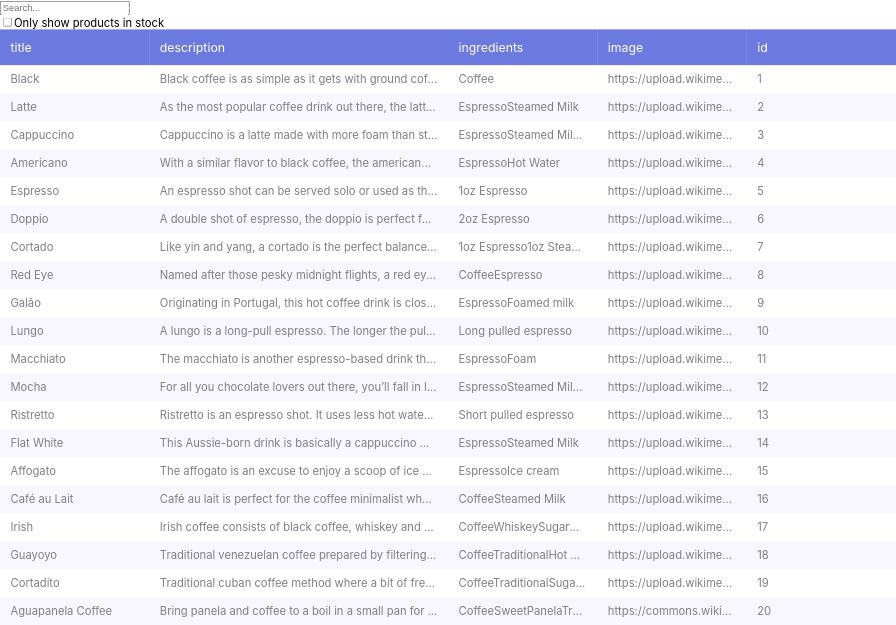
Repository: mariocapitbrok/reactjs-learn
Page: / (app in 05_filtered-data-table/)
The author's editor kept a copy of each file at every save. The page is drawn from the files as they stood at one save, then again after the next save.
The browser window is 1280 px wide. The pictures show the part of the page from y = 0 to 1920 px (the page is 893 px tall before and 2613 px after), at 70% of full size.
The project was rebuilt for these pictures with package versions that can differ from the ones it lists, and the page was loaded fresh each time.

Above is the page before, as saved 2023-02-26 02:45:12.

After the next save:
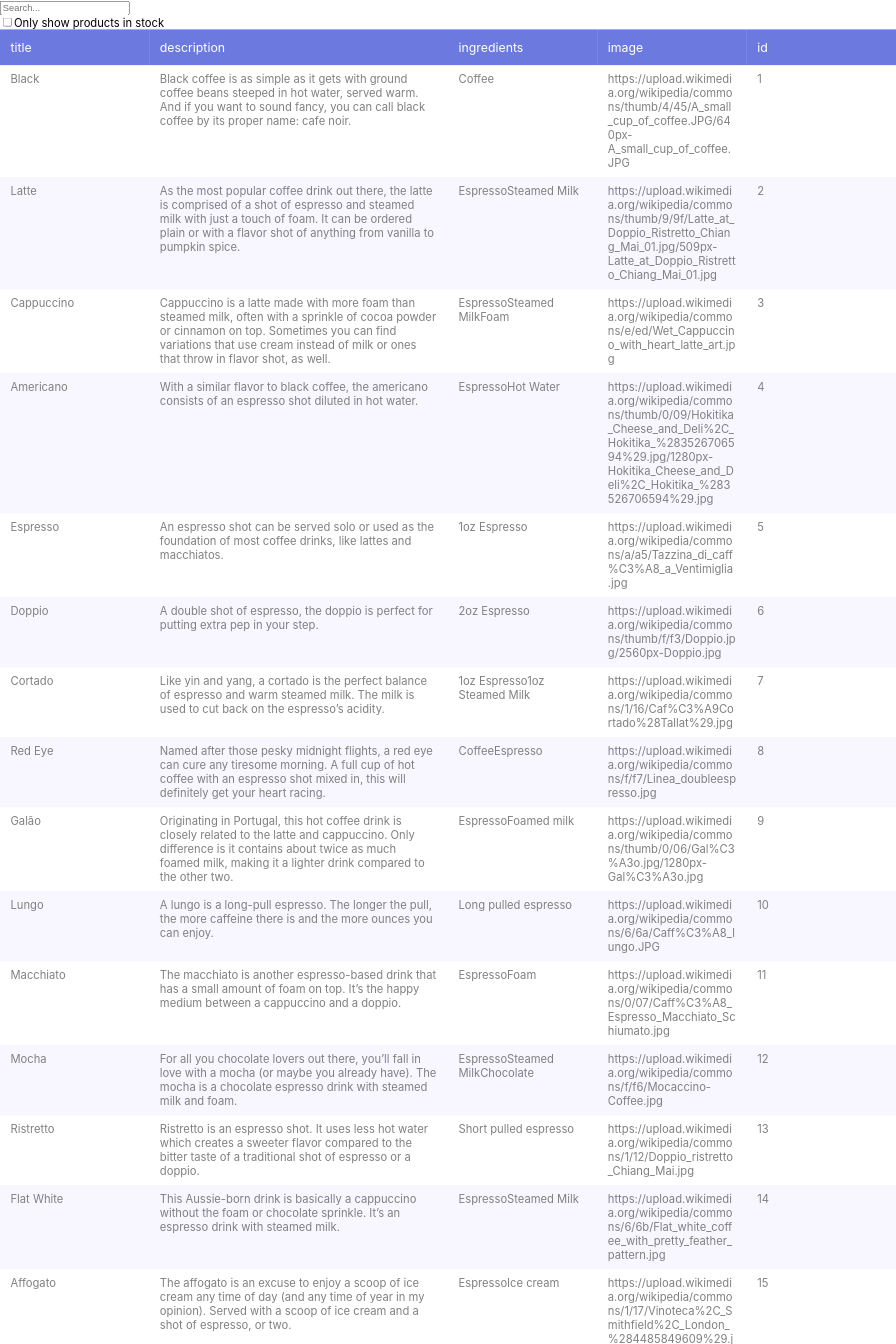
Saved 4 s later.
--- a/05_filtered-data-table/src/App.css
+++ b/05_filtered-data-table/src/App.css
@@ -71,7 +71,7 @@
   overflow-wrap: break-word;
   overflow: hidden;
   text-overflow: ellipsis;
-  white-space: nowrap;
+
 }
 
 th {

After the save that followed:
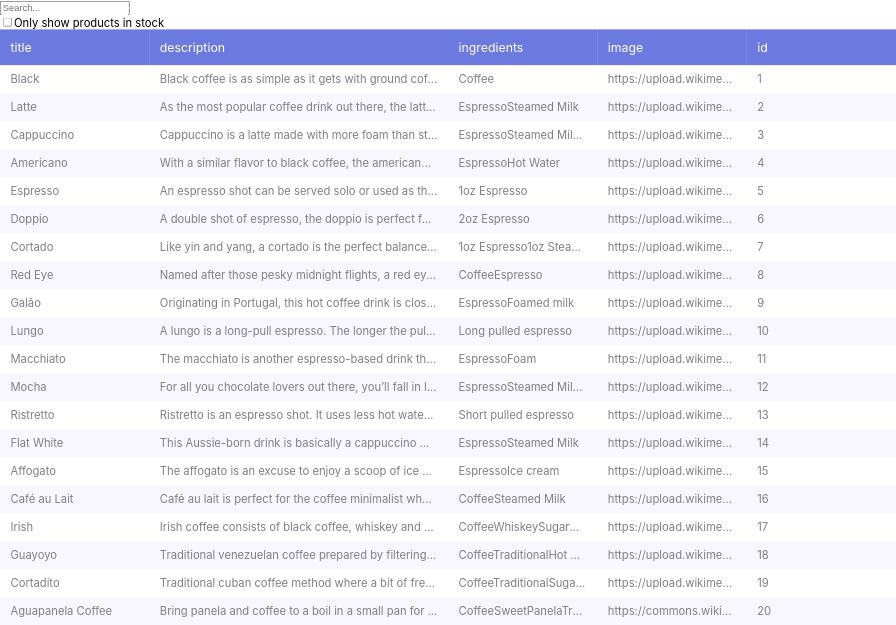
Saved 12 s later.
--- a/05_filtered-data-table/src/App.css
+++ b/05_filtered-data-table/src/App.css
@@ -71,7 +71,7 @@
   overflow-wrap: break-word;
   overflow: hidden;
   text-overflow: ellipsis;
-
+  white-space: nowrap;
 }
 
 th {
